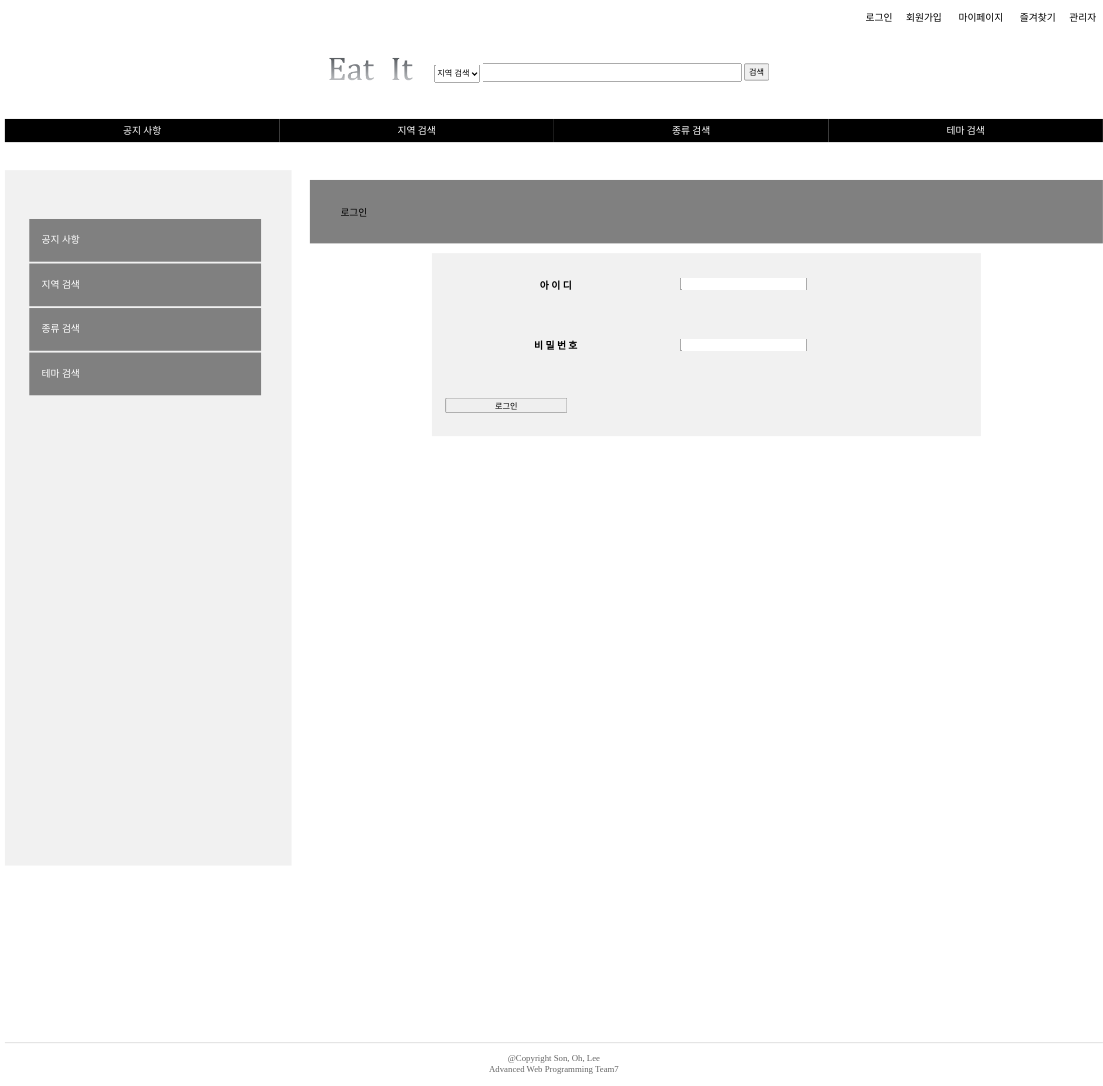
Repository: sonminho/aos
Page: http://localhost/EatIt/login.jsp
The author's editor kept a copy of each file at every save. The page is drawn from the files as they stood at one save, then again after the next save.
The browser window is 1280 px wide. The page is 1808 px wide, so the pictures cover 1808 px, including what lies to the right of the window. The pictures show the whole page, at 61% of full size.
Some web libraries are served in a nearby version. The page is served by Tomcat 9.

Above is the page before, as saved 2017-12-11 11:33:22.
Console error: TypeError: Cannot read properties of undefined (reading 'style')

After the next save:
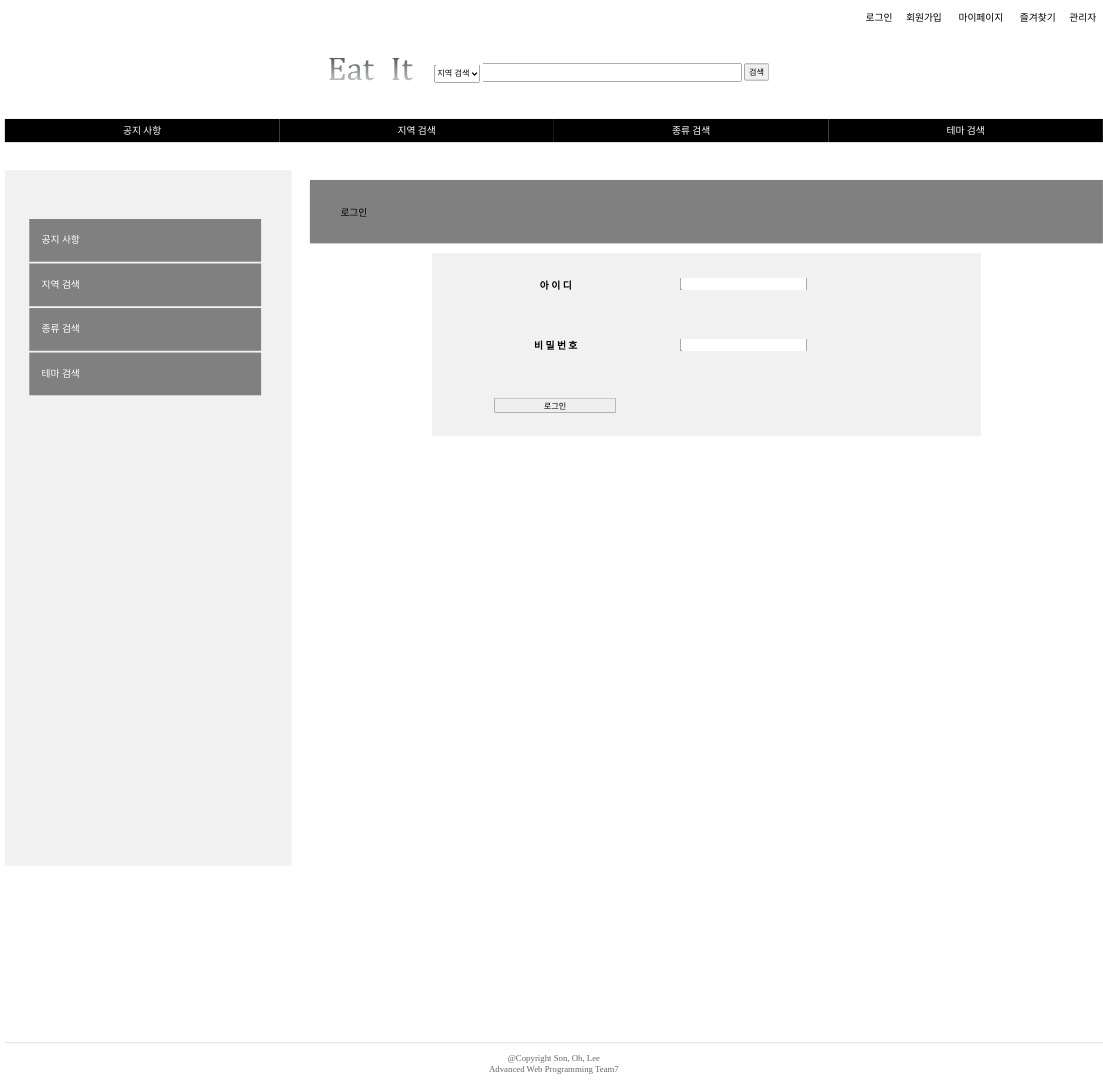
Saved 7 s later.
--- a/EatIt/EatIt/WebContent/login.jsp
+++ b/EatIt/EatIt/WebContent/login.jsp
@@ -429,7 +429,7 @@
 					<th style="width:400px;">비&nbsp;밀&nbsp;번&nbsp;호</th><td><input type="text" style="width:200px; hiehgt:20px"></td>
 				</tr>
 				<tr>
-					<td style="padding-left:20px;"><input type="submit" style="width:200px;" value="로그인"></td>
+					<td style="padding-left:100px;"><input type="submit" style="width:200px;" value="로그인"></td>
 				</tr>
 			</table>
 			</form>
